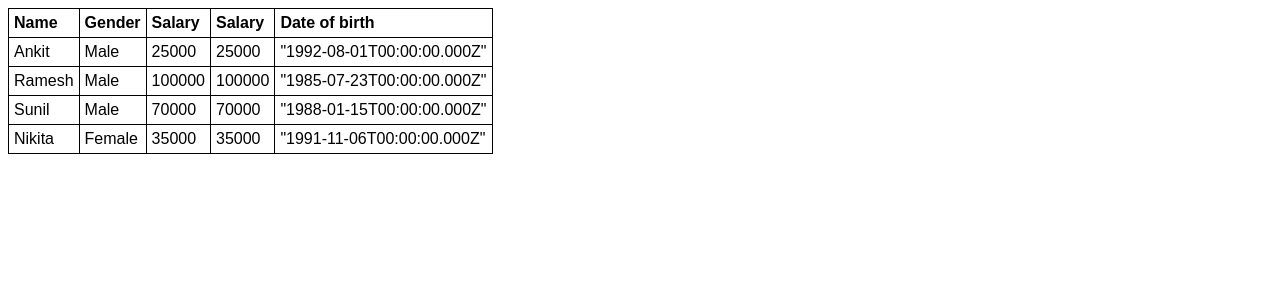
Repository: ammoreloaded/WebProjectFirst
Page: homework/WebProjectFirst/web/filterDemo.html
The author's editor kept a copy of each file at every save. The page is drawn from the files as they stood at one save, then again after the next save.
The browser window is 1280 px wide. The pictures show the whole page.

Above is the page before, as saved 2016-05-19 15:01:36.

### homework/WebProjectFirst/web/filterDemo.html
<!doctype html>
<html ng-app="myModule">
<head>
<script src="resources/js/angular.min.js"></script>
<script src="resources/js/filterDemo.js"></script>
<link href="style.css" rel="stylesheet" type="text/css"/>
</head>
<body ng-controller="myController">
	<div>
		<table>
			<thead>
				<tr>
					<th>Name</th>
					<th>Gender</th>
					<th>Salary</th>
					<th>Salary</th>
					<th>Date of birth</th>
				</tr>
			</thead>
			<tbody>
				<tr ng-repeat="employee in employees">
					<td>{{ employee.name }}</td>
					<td>{{ employee.gender }}</td>
					<td>{{ employee.salary }}</td>
					<td>{{ employee.salary }}</td>
					<td>{{ employee.dateOfBirth }}</td>
				</tr>
			</tbody>
		</table>
	</div>
</body>
</html>

### homework/WebProjectFirst/web/resources/js/filterDemo.js

var employees = [
                 {name : "Ankit", gender : "Male", age : 23, salary : 25000, dateOfBirth : new Date("August 1, 1992")},
                 {name : "Ramesh", gender : "Male", age : 30, salary : 100000, dateOfBirth : new Date("July 23, 1985")},
                 {name : "Sunil", gender : "Male", age : 28, salary : 70000, dateOfBirth : new Date("January 15, 1988")},
                 {name : "Nikita", gender : "Female", age : 24, salary : 35000, dateOfBirth : new Date("November 6, 1991")}
                 ];

var myApp = angular.module("myModule", []).controller("myController", function($scope){
	$scope.employees = employees;

	$scope.incrLikes = function(technology){
		technology.likes++;
	};

	$scope.incrDislikes = function(technology){
		technology.dislikes++;
	};
});

### homework/WebProjectFirst/web/style.css
table {
	border-collapse: collapse;
	font-family : Arial;
}

td {
	border : 1px solid black;
	padding : 5px;
}

th {
	border : 1px solid black;
	padding : 5px;
	text-align: left;
}

Loaded but not shown: homework/WebProjectFirst/web/resources/js/angular.min.js (library)

After the next save:
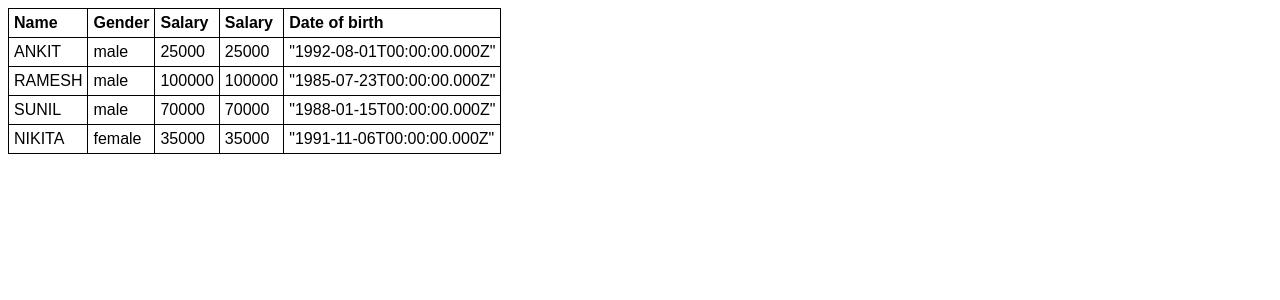
Saved 4 min 48 s later.
--- a/homework/WebProjectFirst/web/filterDemo.html
+++ b/homework/WebProjectFirst/web/filterDemo.html
@@ -19,8 +19,8 @@
 			</thead>
 			<tbody>
 				<tr ng-repeat="employee in employees">
-					<td>{{ employee.name }}</td>
-					<td>{{ employee.gender }}</td>
+					<td>{{ employee.name | uppercase}}</td>
+					<td>{{ employee.gender | lowercase }}</td>
 					<td>{{ employee.salary }}</td>
 					<td>{{ employee.salary }}</td>
 					<td>{{ employee.dateOfBirth }}</td>
